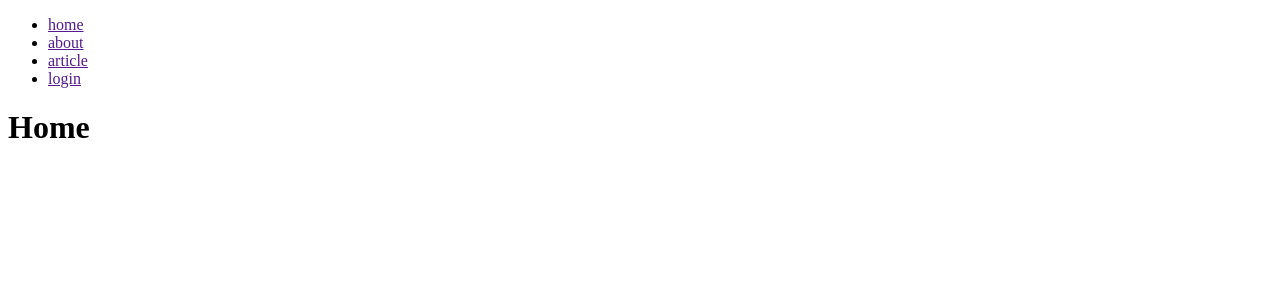
Repository: syawal2kalii/parsinta_clone_model
Page: http://localhost/home
An editor plug-in stored every save of this project. The page is shown before and after the next save, followed by the edit.
The browser window is 1280 px wide. The pictures show the whole page.
The page is served by the project's Laravel application, run on PHP 8.4 with Laravel 8.

Above is the page before, as saved 2019-12-26 14:18:09.

After the next save:
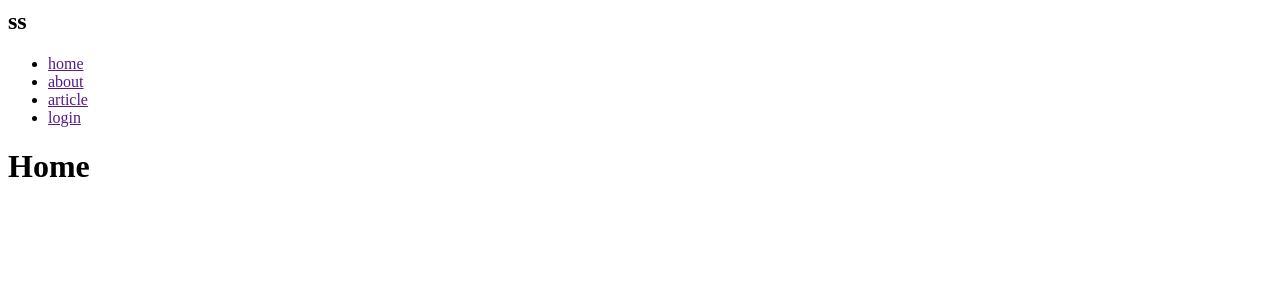
Saved 13 s later.
--- a/resources/views/home.blade.php
+++ b/resources/views/home.blade.php
@@ -1,4 +1,5 @@
 @extends('layout.master')
+<h2>ss</h2>
 @section('content')
     <h1>Home</h1>
 @endsection

After the 2 saves that followed:
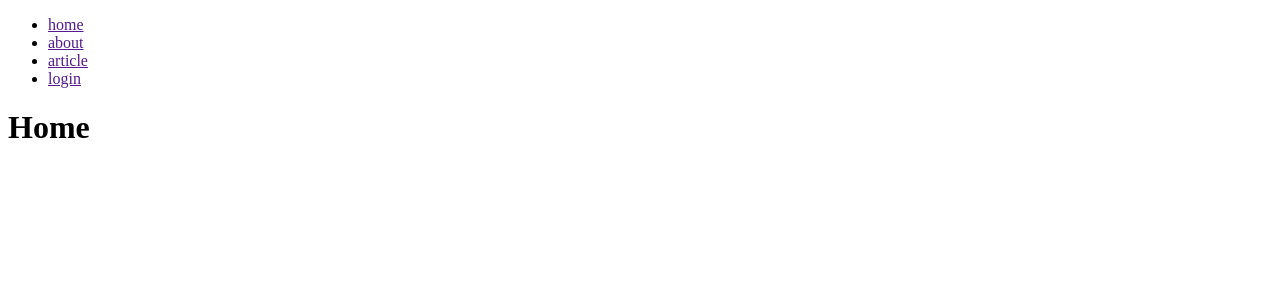
The 2 saves are shown as one change because 1 left the picture as it was.
The last was saved 29 s later.
--- a/resources/views/home.blade.php
+++ b/resources/views/home.blade.php
@@ -1,5 +1,5 @@
 @extends('layout.master')
-<h2>ss</h2>
+
 @section('content')
     <h1>Home</h1>
 @endsection
